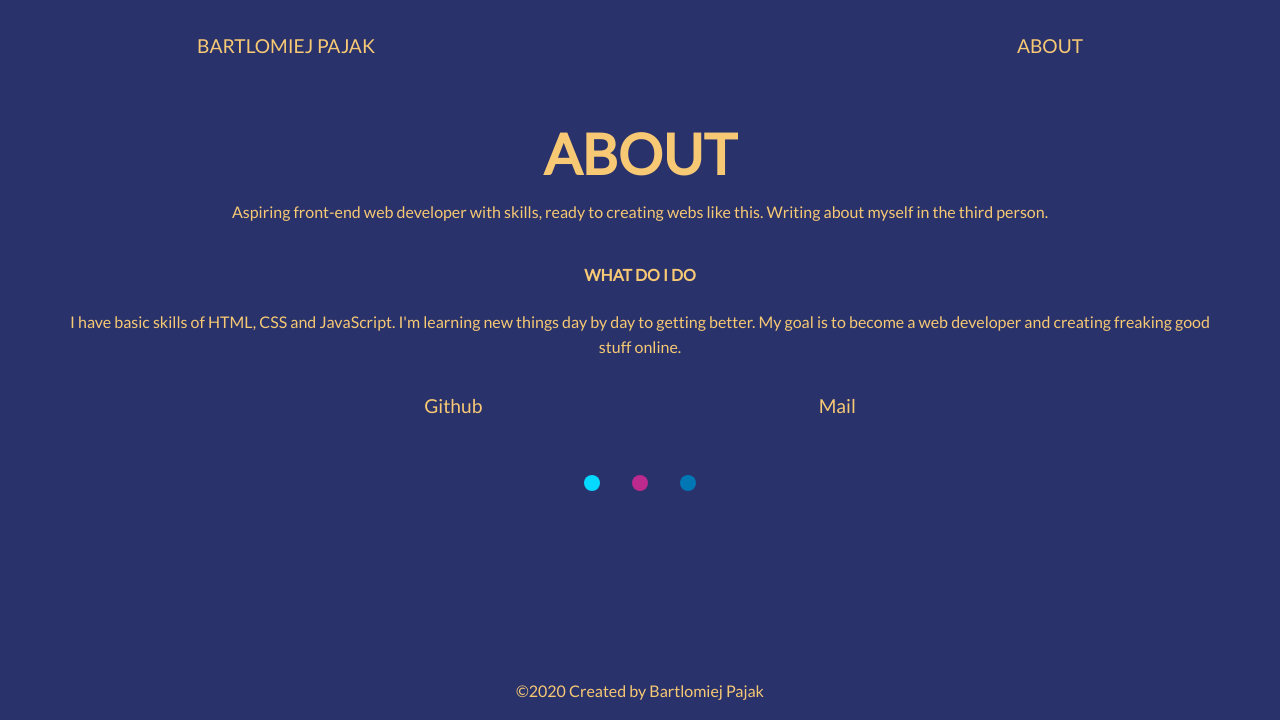
Repository: spidero7/personal-site
Page: about.html
An editor plug-in stored every save of this project. The page is shown before and after the next save, followed by the edit.
The browser window is 1280 px wide. The pictures show the whole page.

Above is the page before, as saved 2020-04-17 00:04:18.

After the next save:
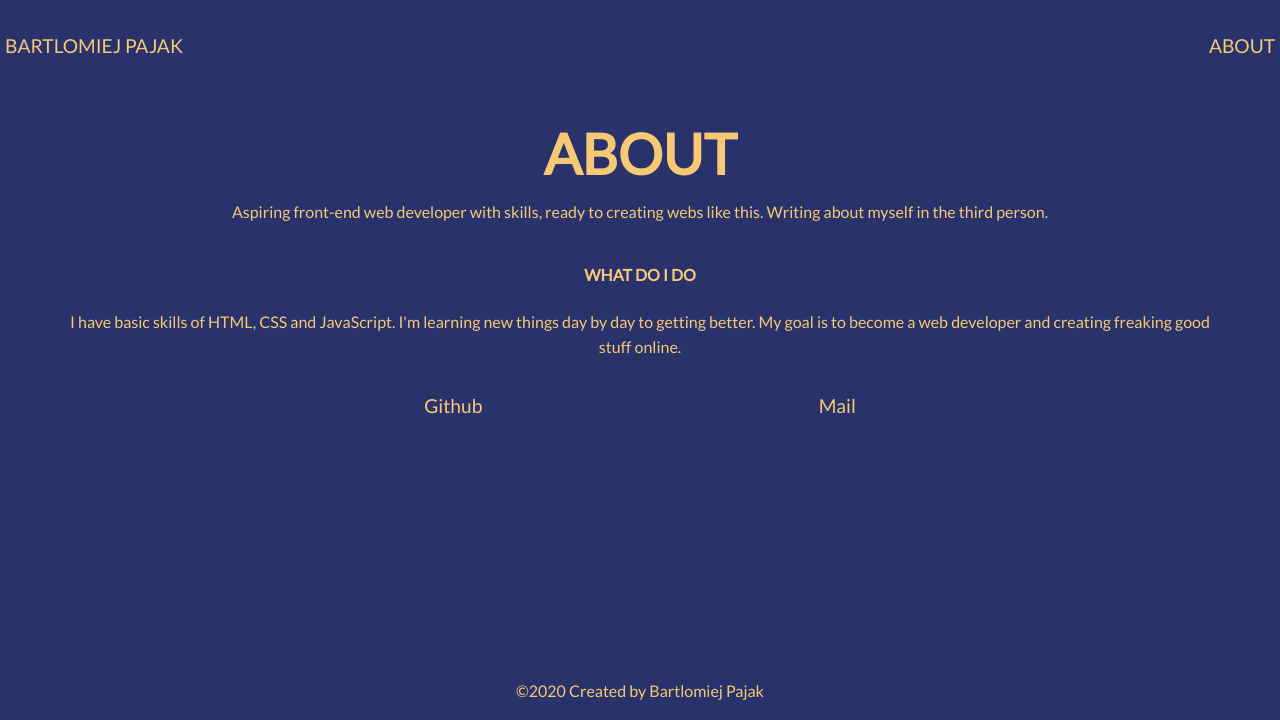
Saved 8 s later.
--- a/css/style.css
+++ b/css/style.css
@@ -124,8 +124,7 @@
     overflow: hidden;
     white-space: nowrap;
     text-indent: 99em;
-    transition: .01s;
-}
+
 
 .social a:hover {
     width: 20px;

After the save that followed:
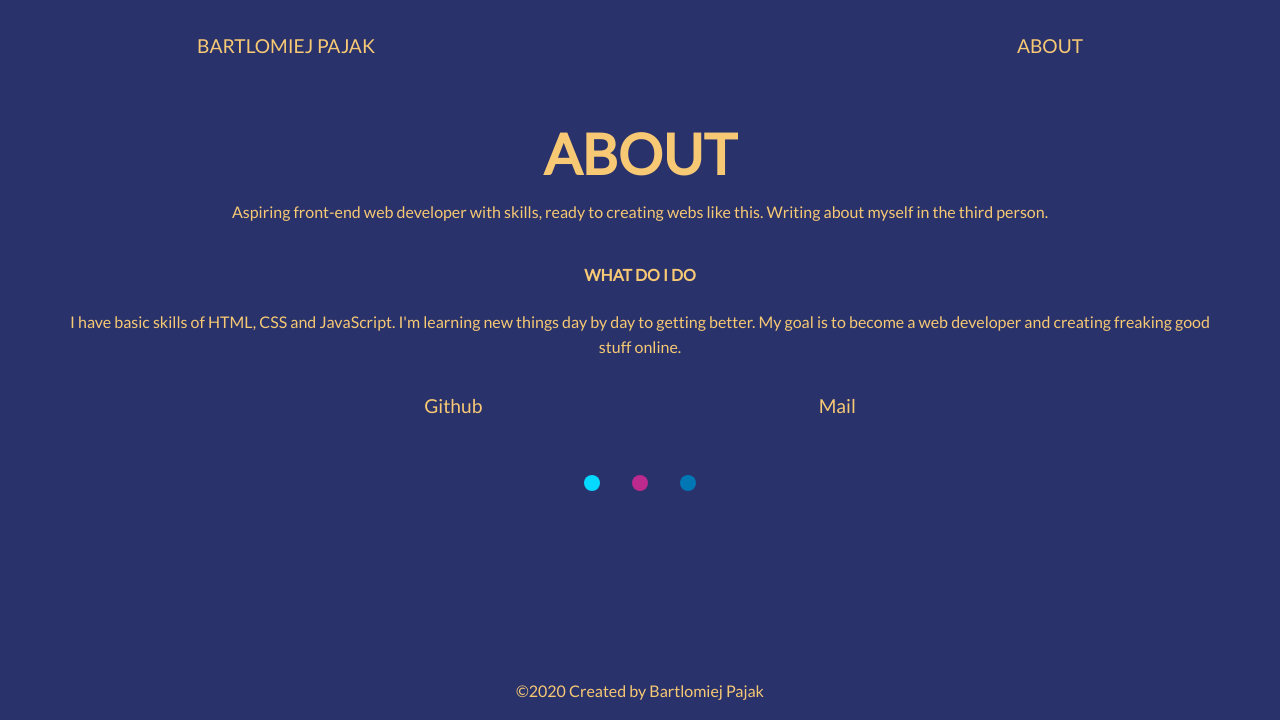
Saved 4 s later.
--- a/css/style.css
+++ b/css/style.css
@@ -124,7 +124,8 @@
     overflow: hidden;
     white-space: nowrap;
     text-indent: 99em;
-
+    transition: .01s;
+}
 
 .social a:hover {
     width: 20px;
